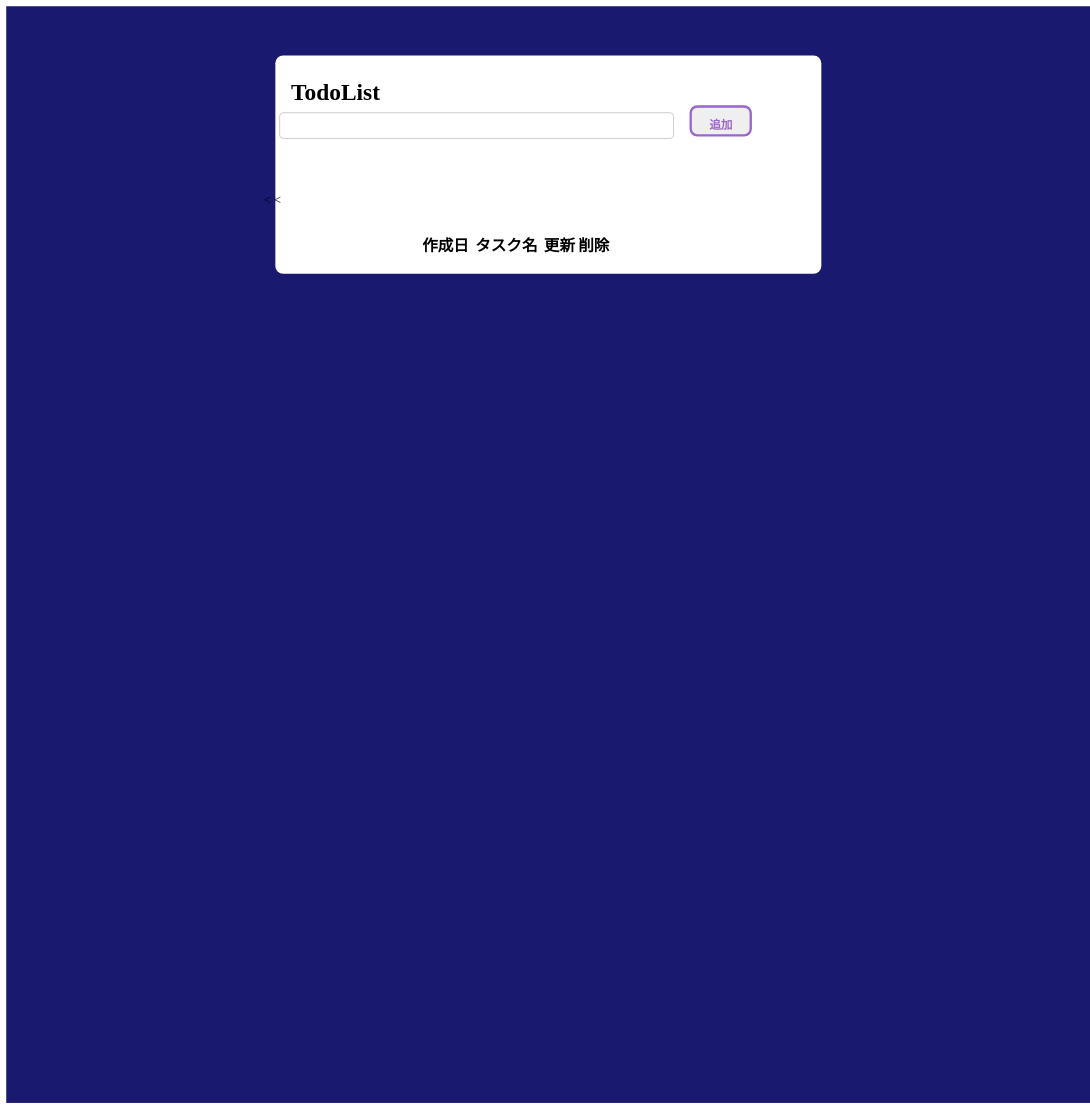
Repository: moro-ayu3/20230304_morohoshi
Page: http://localhost/
These files come from the project's save history. The page is drawn as it stood at one moment and after the next save; the edit follows.
The browser window is 1280 px wide. The page is 1398 px wide, so the pictures cover 1398 px, including what lies to the right of the window. The pictures show the whole page, at 78% of full size.
The page is served by the project's Laravel application, run on PHP 8.4 with Laravel 8. Other server files are loaded and not shown. Queries for data that is not in the repository find no rows.

Above is the page before, as saved 2023-03-11 12:18:35.

### routes/web.php
<?php

use Illuminate\Support\Facades\Route;
use App\Http\Controllers\TodoController;

Route::get('/', [TodoController::class, 'index']);

Route::post('/todo/create', [TodoController::class, 'store']);

Route::post('/todo/update', [TodoController::class, 'update']);

Route::post('/todo/delete', [TodoController::class, 'delete']);

### app/Http/Controllers/TodoController.php
<?php
  namespace App\Http\Controllers;
  use Illuminate\Http\Request;
  use App\Models\Todo;
  use App\Http\Requests\TodoRequest;
  class TodoController extends Controller
  {
    public function index()
     {
        $todos= Todo::all();
        return view('index',['todos'=>$todos]);
  }

    public function store(TodoRequest $request)
     {
        $todo = new Todo;
        $todo->name =$request->input('new_todo');
        $form=$request->all();
        Todo::create($form);
        unset($form['_token']);
        return redirect('/');
    }

    public function update(TodoRequest $request)
     {
       $form = $request->all();
       unset($form['_token']);
       Todo::where('id', $request->id)->update($form);
       return redirect('/');
    }

    public function delete(Request $request)
     {
       Todo::find($request->id)->delete();
       return redirect('/');
    }

  }

### app/Models/Todo.php
<?php

namespace App\Models;

use Illuminate\Database\Eloquent\Factories\HasFactory;
use Illuminate\Database\Eloquent\Model;

class Todo extends Model
{
    use HasFactory;

    protected $fillable = ['content'];
}

### resources/views/index.blade.php
<!DOCTYPE html>
<html lang="ja">

<head>
  <meta charset="UTF-8">
  <meta name="viewport" content="width=device-width, initial-scale=1.0">
  <title>実践アプリ開発入門</title>
  <style>
    .homepage {
      width: 100%;
      height: 100vw;
      padding: 5% 5%;
      background-color: #191970;
    }

    .container {
      display: flex;
      justify-content: center;
      align-items: center;
    }

    .inner {
      width: 700px;
      height: auto;
      border-radius: 10px 10px 10px 10px;
      background-color: #fff;
      margin: 0 auto;
    }

    .header-title {
      font-size: 30px;
      font-weight: bold;
      color: black;
      margin-top: 30px;
      margin-left: 20px;
    }

    .form {
      display: inline-block;
      margin: -20px -15px;
    }

    .text {
      width: 500px;
      height: 30px;
      border: solid 1px #c0c0c0;
      margin-left: 20px;
      border-radius: 5px 5px 5px 5px;
      display: inline-block;
    }

    .create-btn {
      width: 80px;
      height: 40px;
      margin-left: 20px;
      margin-right: 20px;
      border-radius: 10px 10px 10px 10px;
      border: solid 3px #9966CC;
      display: inline-block;
      font-size: 15px;
      font-weight: bold;
      color: #9966CC;
      padding:10px 20px 10px 20px;
    }

    table {
      display: flex;
      justify-content: center;
      align-items: center;
      margin-top: 30px;
      margin-bottom: 40px;
    }

    .date-1 {
      margin-left: 50px;
      font-size: 20px;
      font-weight: bold;
      color: black;
    }

    .name {
      margin-left: 80px;
      font-size: 20px;
      font-weight: bold;
      color: black;
    }

    .update {
      margin-left: 40px;
      font-size: 20px;
      font-weight: bold;
      color: black;
    }

    .delete {
      margin-left: 20px;
      margin-right: 20px;
      font-size: 20px;
      font-weight: bold;
      color: black;
    }

    .parent {
      display: flex;
      justify-content: center;
      align-items: center;
    }

    .date-2 {
      margin-left: 20px;
      font-size: 20px;
      color: black;
    }

    .input-update {
      width: 200px;
      height: 20px;
      border: solid 1px #c0c0c0;
      border-radius: 5px 5px 5px 5px;
      margin-left: 10px;
    }

    .button-update {
      width: 80px;
      height: 40px;
      border-radius: 10px 10px 10px 10px;
      border: solid 3px #ffa500;
      margin-left: 10px;
      font-size: 15px;
      font-weight: bold;
      color: #ffa500;
      padding: 10px 20px;
    }

    .button-delete {
      width: 80px;
      height: 40px;
      border-radius: 10px 10px 10px 10px;
      border: solid 3px #40e0d0;
      margin-left: 10px;
      margin-right: 20px;
      font-size: 15px;
      font-weight: bold;
      color: #40e0d0;
      padding: 10px 20px;
    }

  </style>
</head>

<body>
  <div class="homepage">
     <div class="container">
      <div class="inner">
        <header>
          <h1 class="header-title">TodoList</h1>
        </header>
        <main>
          @if (count($errors) > 0)
           <ul>
           @foreach ($errors->all() as $error)
           <li>{{$error}}</li>
           @endforeach
           </ul>
          @endif
          <div class="form">
            <form action="/todo/create" method="post">
             @csrf
             <table>
              @if ($errors->has('content'))
              <tr>
                <th>ERROR</th>
                <td>{{$errors->first('content')}}</td>
              </tr>
              @endif
              <input type="text" class="text" name="content">
              @if ($errors->has('content'))
              <tr>
                <th>ERROR</th>
                <td>{{$errors->first('content')}}</td>
              </tr>
              @endif
              <button class="create-btn">追加</button>
            </form>
          </div>

          <table>
            @csrf
            @if ($errors->has('date-1'))
              <tr>
                <th>ERROR</th>
                <td>{{$errors->first('date-1')}}</td>
              </tr>
              @endif
            <tr>
              <th class="date-1">作成日</th>
              <td><input type="hidden" name="date-1"></td>
            <
              <th class="name">タスク名</th>
              <td><input type="hidden" name="name"></td>
              @if ($errors->has('name'))
              <tr>
                <th>ERROR</th>
                <td>{{$errors->first('name')}}</td>
              </tr>
              @endif
              <th class="update">更新</th>
              <
              <th class="delete">削除</th>
            </tr>
            @foreach($todos as $todo)
            <tr>
              <td>
                {{ $todo->created_at}}
              </td>
              <div class="parent">
                <form action="/todo/update" method="post" >
                @csrf
                 <input type="hidden" value="{{$todo->id}}" name="id">
                  <td>
                    <input type="text" class="input-update" value="{{$todo->content}}" name="content" />
                  </td>
                  <td>
                    <button class="button-update">更新</button>
                  </td>
                </form>
                <td>
                  <form action="/todo/delete" method="post">
                   @csrf
                    <input type="hidden" value="{{$todo->id}}" name="id">
                      <button class="button-delete">削除</button>
                  </form>
                </td>
              </div>
            </tr>
            @endforeach
          </table>
        </main>
      </div>
     </div>
    </div>
</body>

</html>

Loaded but not shown: app/Http/Controllers/Controller.php (common file)

After the next save:
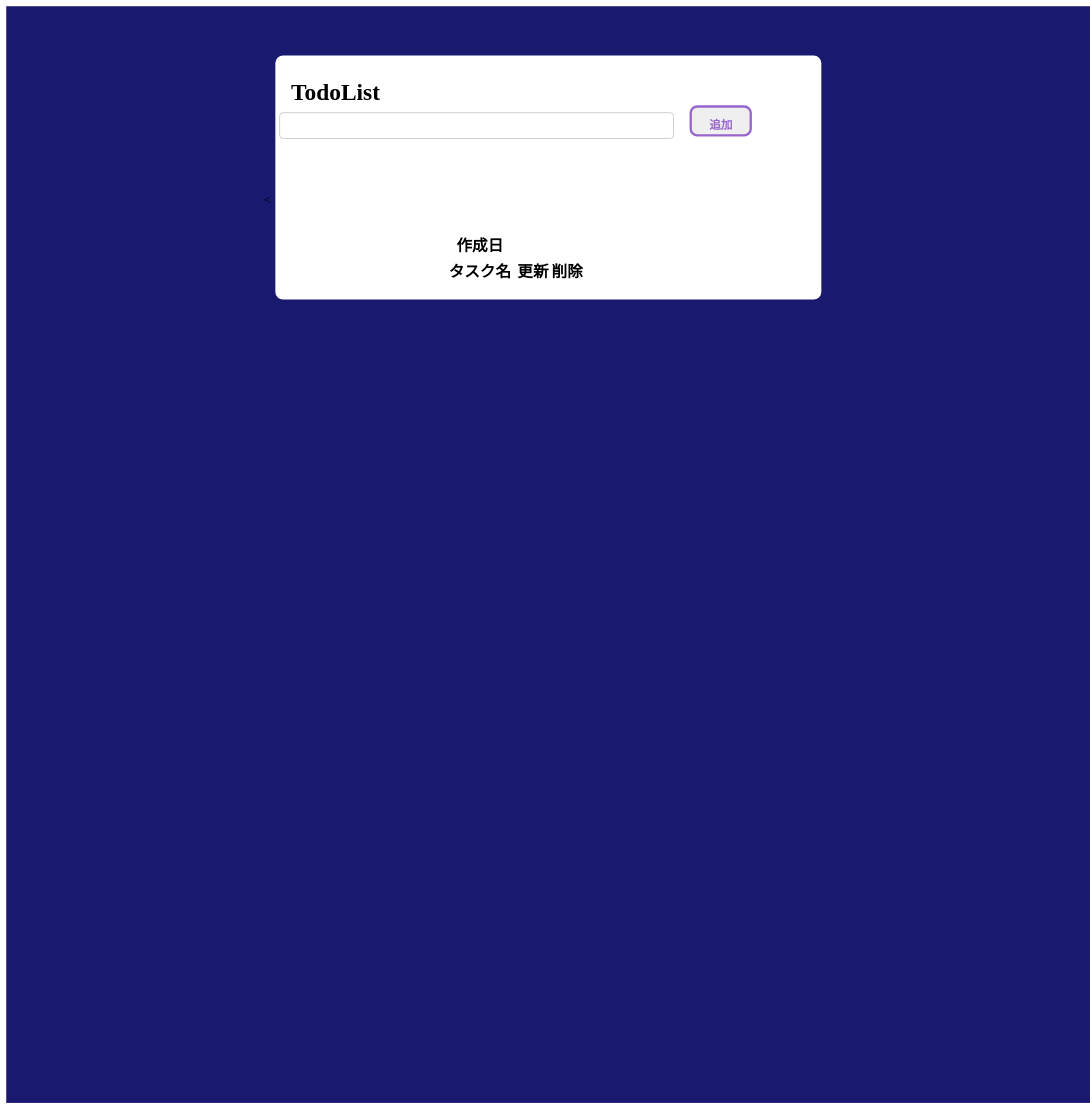
Saved 4 s later.
--- a/resources/views/index.blade.php
+++ b/resources/views/index.blade.php
@@ -195,7 +195,7 @@
             <tr>
               <th class="date-1">作成日</th>
               <td><input type="hidden" name="date-1"></td>
-            <
+            </tr>
               <th class="name">タスク名</th>
               <td><input type="hidden" name="name"></td>
               @if ($errors->has('name'))
